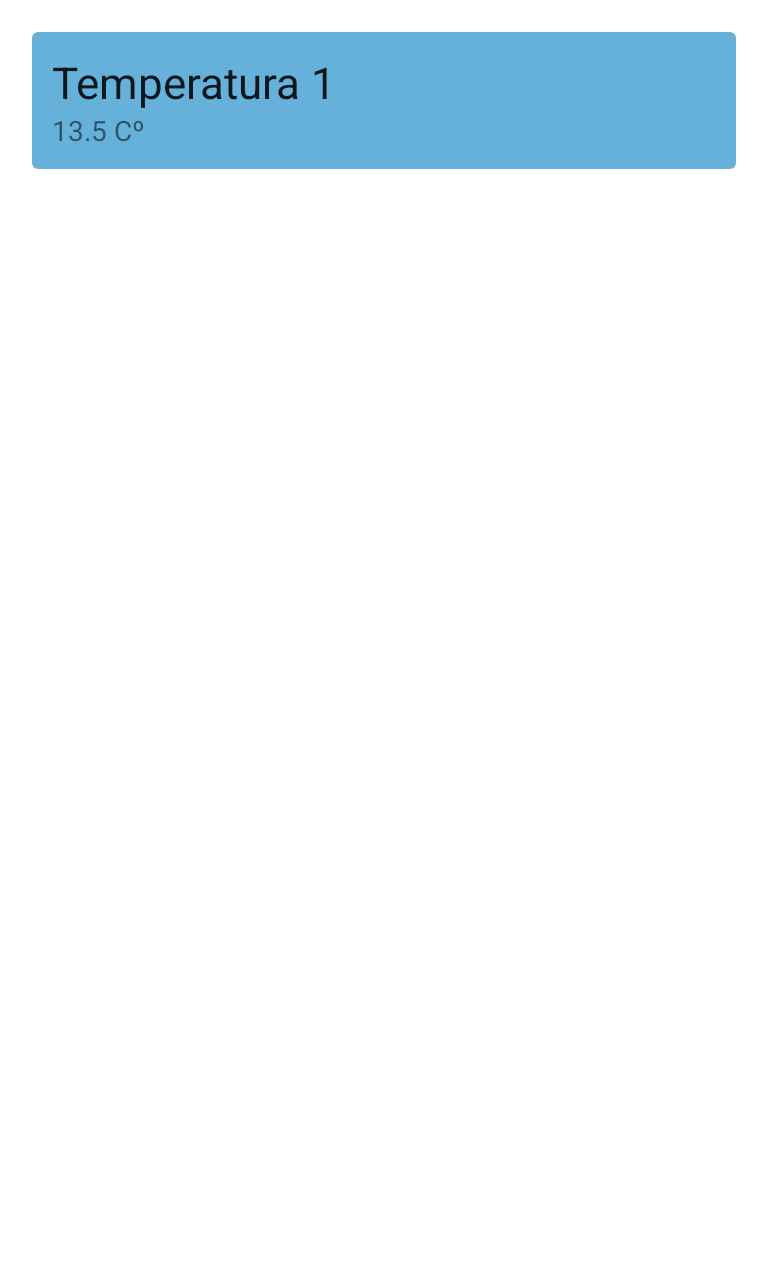
Repository: arodriguezp2003/aqandroid
Layout: Aquacontrol/res/layout/activity_main.xml
An editor plug-in stored every save of this project. The layout is shown before and after the next save, followed by the edit.
It is drawn on a 768 x 1280 px phone screen (xhdpi) without system bars, with theme AppTheme; the app's code is not run.

Above is the layout before, as saved 2014-06-11 19:07:39.

### Aquacontrol/res/layout/activity_main.xml
<LinearLayout xmlns:tools="http://schemas.android.com/tools"
    xmlns:android="http://schemas.android.com/apk/res/android"
    android:layout_width="match_parent"
    android:layout_height="match_parent"
    android:background="@drawable/blanco"
    android:orientation="vertical"
    android:paddingBottom="@dimen/activity_vertical_margin"
    android:paddingLeft="@dimen/activity_horizontal_margin"
    android:paddingRight="@dimen/activity_horizontal_margin"
    android:paddingTop="@dimen/activity_vertical_margin"
    tools:context=".MainActivity" >

    <LinearLayout
        android:layout_width="match_parent"
        android:layout_height="wrap_content"
        android:orientation="vertical"
        android:padding="10dp"
        android:background="@drawable/btn"
         >
     <TextView
            android:id="@+id/textView1"
            android:layout_width="wrap_content"
            android:layout_height="wrap_content"
            android:text="Temperatura 1"
            android:textAppearance="?android:attr/textAppearanceLarge" />
        <TextView
            android:id="@+id/xTexto"
            android:layout_width="match_parent"
            android:layout_height="wrap_content"
            android:text="13.5 Cº"
             >

        </TextView>



    </LinearLayout>

    </LinearLayout>

### Aquacontrol/res/drawable-xhdpi/blanco.xml
<?xml version="1.0" encoding="utf-8"?>
<selector xmlns:android="http://schemas.android.com/apk/res/android" >
    <item>
        <shape >
            <solid android:color="#FFF" />
        </shape>
    </item>

</selector>

### Aquacontrol/res/drawable-xhdpi/btn.xml
<?xml version="1.0" encoding="utf-8"?>
<selector xmlns:android="http://schemas.android.com/apk/res/android">
    <item android:state_pressed="true" >
        <shape>
            <solid
                android:color="#124686" />

            <corners
                android:radius="3dp" />
            <padding
                android:left="10dp"
                android:top="10dp"
                android:right="10dp"
                android:bottom="10dp" />
        </shape>
    </item>
    <item >
        <shape >
            <solid
                android:color="#66b1da" />

            <corners
                android:radius="3dp" />
            <padding
                android:left="10dp"
                android:top="10dp"
                android:right="10dp"
                android:bottom="10dp" />
        </shape>
    </item>
</selector>

Loaded but not shown: Aquacontrol/res/values/styles.xml (common file); Aquacontrol/res/values-v11/styles.xml (common file); Aquacontrol/res/values-v14/styles.xml (common file); Aquacontrol/res/values/dimens.xml (common file); Aquacontrol/res/values-w820dp/dimens.xml (common file)

After the next save:
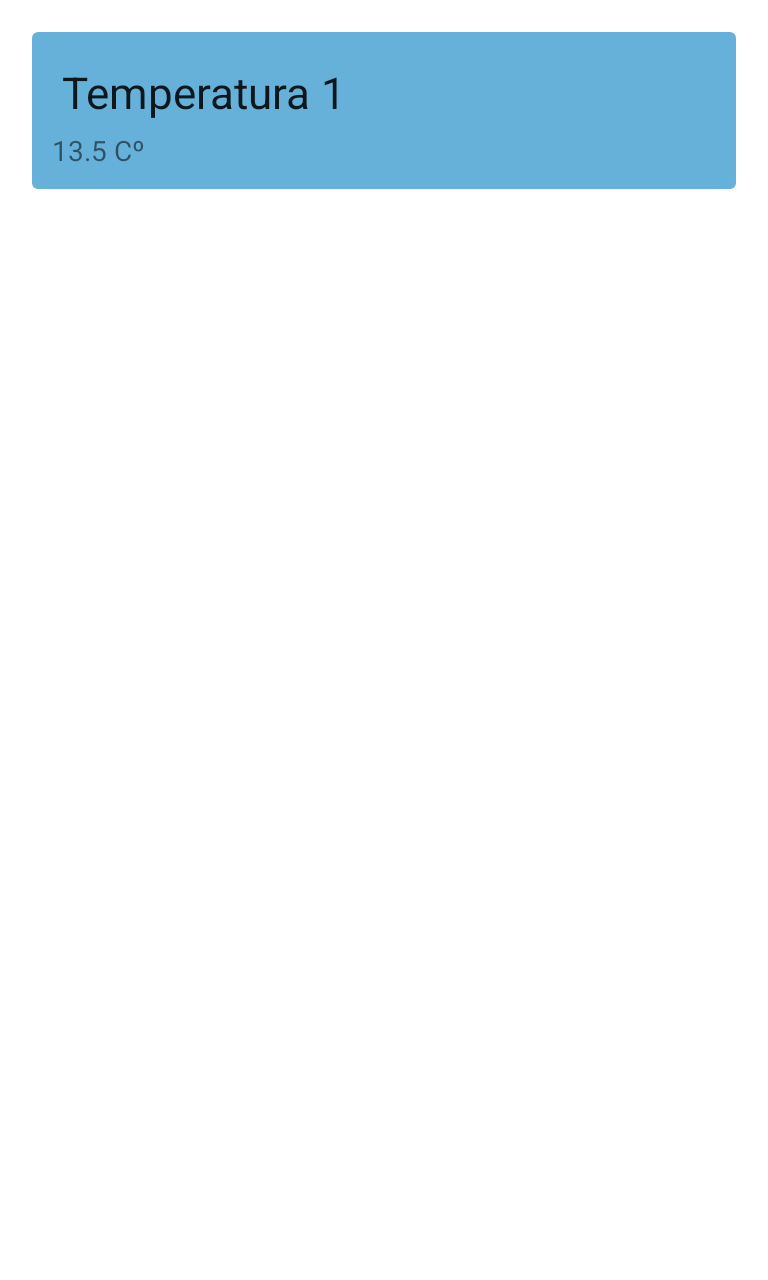
Saved 2 min 5 s later.
--- a/Aquacontrol/res/layout/activity_main.xml
+++ b/Aquacontrol/res/layout/activity_main.xml
@@ -19,7 +19,8 @@
          >
      <TextView
             android:id="@+id/textView1"
-            android:layout_width="wrap_content"
+            android:layout_width="match_parent"
+            android:padding="5dp"
             android:layout_height="wrap_content"
             android:text="Temperatura 1"
             android:textAppearance="?android:attr/textAppearanceLarge" />
